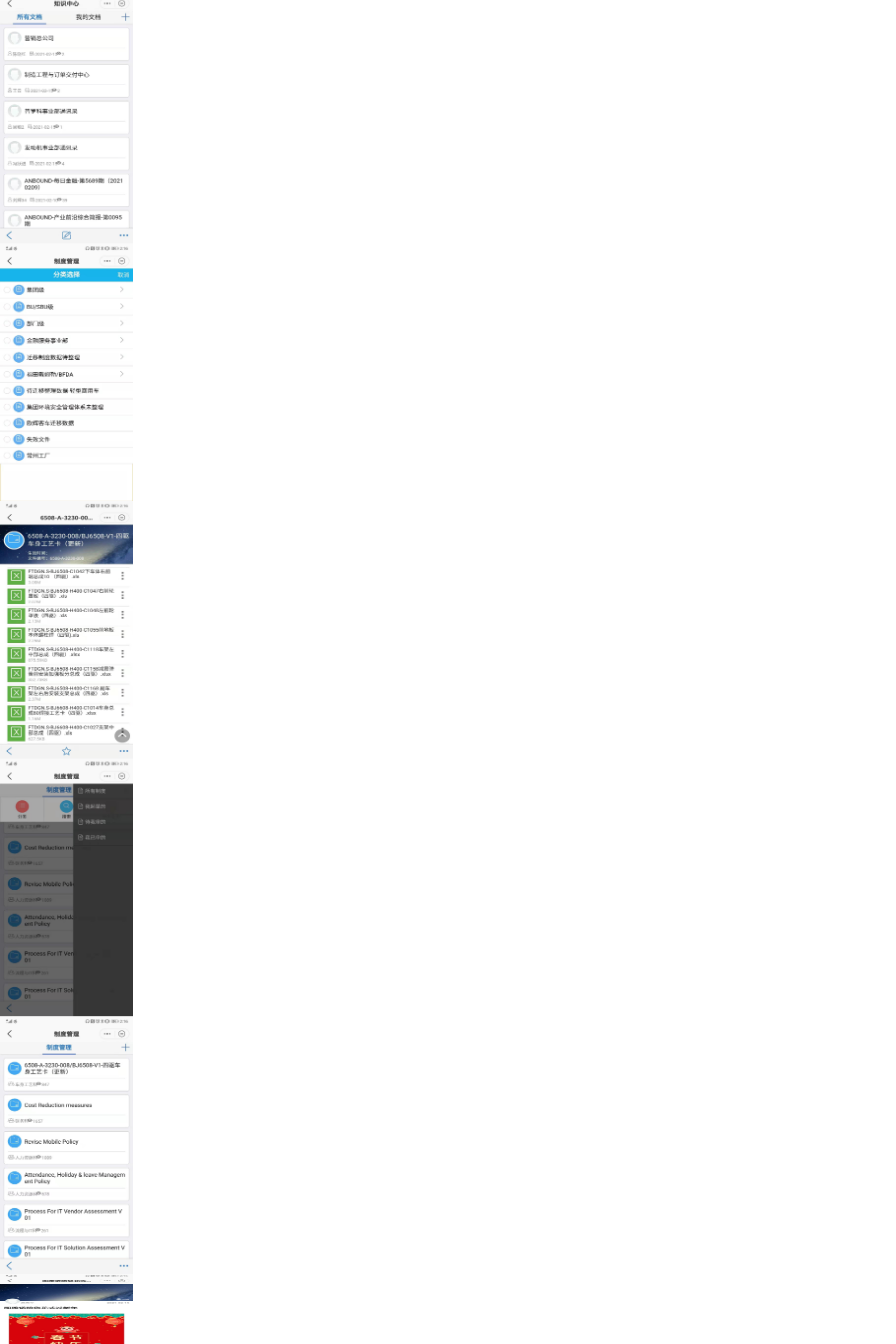
Repository: ch230/2021
Page: A.html
The author's editor kept a copy of each file at every save. The page is drawn from the files as they stood at one save, then again after the next save.
The browser window is 1280 px wide. The pictures show the part of the page from y = 4580 to 6500 px (the page is 11556 px tall before and 11604 px after), at 70% of full size.

Above is the page before, as saved 2021-02-15 14:37:50.

After the next save:
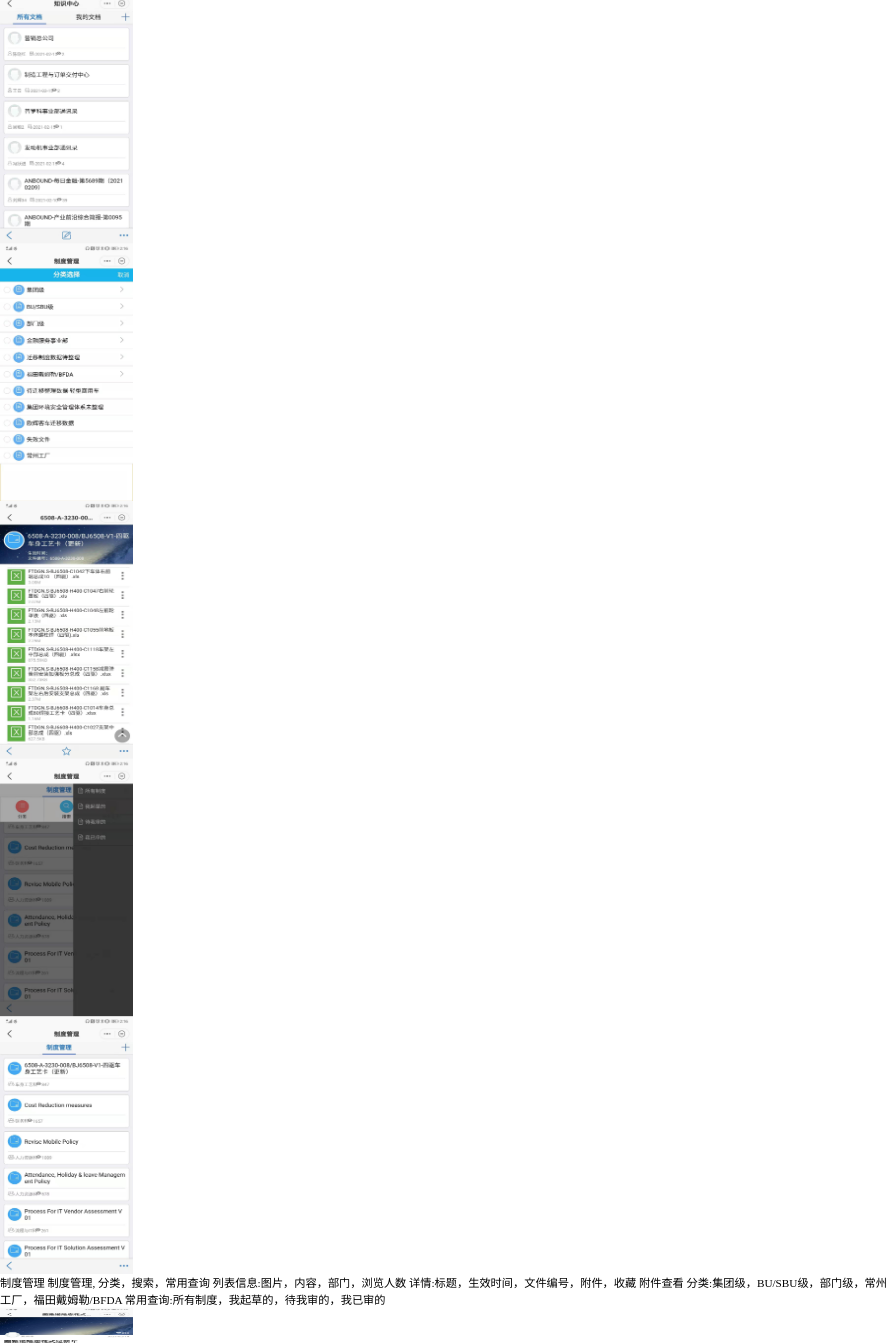
Saved 11 s later.
--- a/A.html
+++ b/A.html
@@ -121,13 +121,11 @@
       <!-- 制度管理 -->
       <div id="items">
         <div>
-          <!-- 制度管理 -->
-          <!-- 制度管理, 分类，搜索，常用查询 -->
-          <!-- 列表信息:图片，内容，部门，浏览人数 -->
-          <!-- 详情:标题，生效时间，文件编号，附件，收藏 -->
-          <!-- 附件查看 -->
-          <!-- 分类:集团级，BU/SBU级，部门级，常州工厂，福田戴姆勒/BFDA -->
-          <!-- 常用查询:所有制度，我起草的，待我审的，我已审的  -->
+          制度管理 制度管理, 分类，搜索，常用查询
+          列表信息:图片，内容，部门，浏览人数
+          详情:标题，生效时间，文件编号，附件，收藏 附件查看
+          分类:集团级，BU/SBU级，部门级，常州工厂，福田戴姆勒/BFDA
+          常用查询:所有制度，我起草的，待我审的，我已审的
         </div>
 
         <ul>
